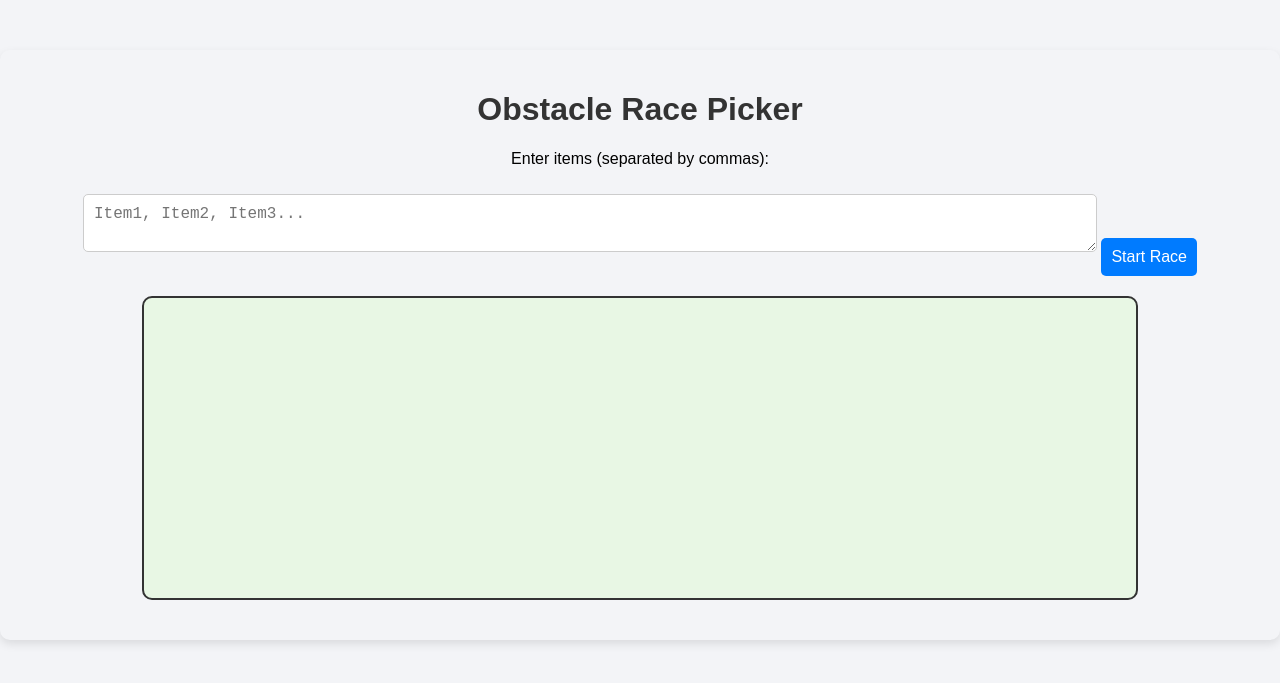
Repository: Anarchyve/race-picker
Page: index.html
An editor plug-in stored every save of this project. The page is shown before and after the next save, followed by the edit.
The browser window is 1280 px wide. The pictures show the whole page.

Above is the page before, as saved 2024-11-17 19:34:38.

### index.html
<!DOCTYPE html>
<html lang="en">
<head>
    <meta charset="UTF-8">
    <meta name="viewport" content="width=device-width, initial-scale=1.0">
    <title>Minimal Obstacle Race</title>
    <link rel="stylesheet" href="styles.css">
</head>
<body>
    <div class="container">
        <h1>Obstacle Race Picker</h1>
        <p>Enter items (separated by commas):</p>
        <textarea id="items" placeholder="Item1, Item2, Item3..."></textarea>
        <button onclick="startRace()">Start Race</button>
        <div id="race-track"></div>
        <div id="result"></div>
    </div>
    <script src="script.js"></script>
</body>
</html>

### styles.css
body {
    font-family: Arial, sans-serif;
    text-align: center;
    margin: 50px auto;
    background: #f3f4f7;
    padding: 20px;
    border-radius: 10px;
    box-shadow: 0 4px 10px rgba(0, 0, 0, 0.1);
}

h1 {
    font-size: 2rem;
    color: #333;
}

textarea {
    width: 80%;
    padding: 10px;
    margin: 10px 0;
    font-size: 16px;
    border-radius: 5px;
    border: 1px solid #ccc;
}

button {
    padding: 10px;
    font-size: 16px;
    background: #007bff;
    color: #fff;
    border: none;
    border-radius: 5px;
    cursor: pointer;
    transition: background 0.3s;
}

button:hover {
    background: #0056b3;
}

#race-track {
    position: relative;
    width: 80%;
    height: 300px;
    margin: 20px auto;
    background: #e8f7e4;
    border: 2px solid #333;
    border-radius: 10px;
    overflow: hidden;
}

.runner {
    position: absolute;
    bottom: 0;
    width: 50px;
    height: 50px;
    border-radius: 50%;
    background-color: orange;
    text-align: center;
    line-height: 50px;
    font-size: 14px;
    color: white;
    font-weight: bold;
}

.obstacle {
    position: absolute;
    width: 30px;
    height: 30px;
    background-color: red;
    border-radius: 50%;
}

### script.js
function startRace() {
    const raceTrack = document.getElementById('race-track');
    const resultDiv = document.getElementById('result');
    const items = document.getElementById('items').value.split(',').map(item => item.trim());

    if (items.length < 2) {
        alert('Please enter at least 2 items!');
        return;
    }

    // Clear previous race track and results
    raceTrack.innerHTML = '';
    resultDiv.textContent = '';

    // Create runners
    const runners = items.map((item, index) => {
        const runner = document.createElement('div');
        runner.className = 'runner';
        runner.textContent = item;
        runner.style.left = '0px';
        runner.style.bottom = `${index * 60}px`;
        raceTrack.appendChild(runner);
        return { element: runner, position: 0, name: item };
    });

    // Start the race
    let raceInterval = setInterval(() => {
        runners.forEach(runner => {
            // Increase speed for faster race
            runner.position += Math.random() * 10; // Speed increased
            runner.element.style.left = `${runner.position}px`;

            // Check if any runner has reached the finish line
            if (runner.position >= raceTrack.clientWidth - 60) {
                clearInterval(raceInterval);
                resultDiv.innerHTML = `<h2>🎉 Winner: ${runner.name} 🎉</h2>`;
            }
        });
    }, 20); // Faster race interval
}

After the next save:
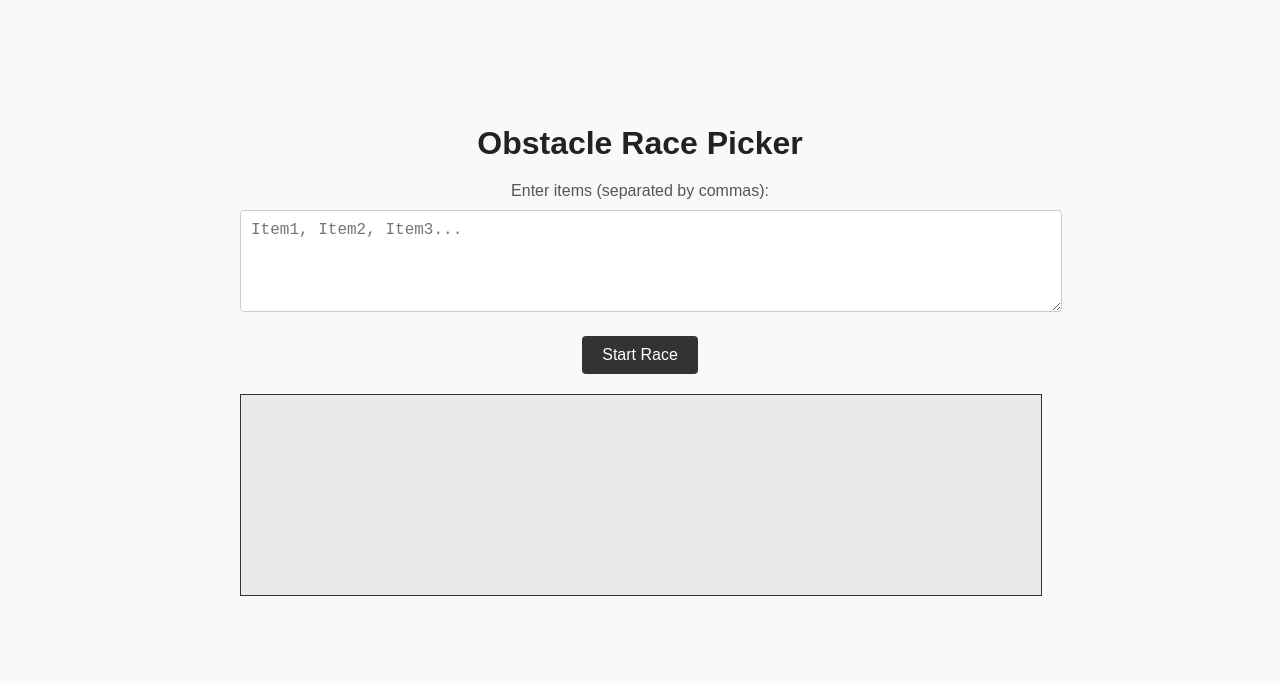
Saved 9 s later.
--- a/styles.css
+++ b/styles.css
@@ -1,71 +1,88 @@
+/* 전체적인 Reset */
 body {
-    font-family: Arial, sans-serif;
+    margin: 0;
+    font-family: 'Arial', sans-serif;
+    color: #333;
+    background-color: #f9f9f9;
+    display: flex;
+    justify-content: center;
+    align-items: center;
+    height: 100vh;
+    overflow: hidden;
+}
+
+.container {
+    width: 80%;
+    max-width: 800px;
     text-align: center;
-    margin: 50px auto;
-    background: #f3f4f7;
-    padding: 20px;
-    border-radius: 10px;
-    box-shadow: 0 4px 10px rgba(0, 0, 0, 0.1);
 }
 
 h1 {
     font-size: 2rem;
+    margin-bottom: 20px;
+    color: #222;
+}
+
+p {
+    font-size: 1rem;
+    margin-bottom: 10px;
+    color: #555;
+}
+
+textarea {
+    width: 100%;
+    height: 80px;
+    margin-bottom: 20px;
+    padding: 10px;
+    font-size: 16px;
+    border: 1px solid #ccc;
+    border-radius: 4px;
+    background-color: #fff;
     color: #333;
 }
 
-textarea {
-    width: 80%;
-    padding: 10px;
-    margin: 10px 0;
+button {
+    padding: 10px 20px;
     font-size: 16px;
-    border-radius: 5px;
-    border: 1px solid #ccc;
-}
-
-button {
-    padding: 10px;
-    font-size: 16px;
-    background: #007bff;
+    border: none;
+    border-radius: 4px;
+    background-color: #333;
     color: #fff;
-    border: none;
-    border-radius: 5px;
     cursor: pointer;
-    transition: background 0.3s;
+    transition: background 0.3s ease;
 }
 
 button:hover {
-    background: #0056b3;
+    background-color: #555;
 }
 
 #race-track {
     position: relative;
-    width: 80%;
-    height: 300px;
-    margin: 20px auto;
-    background: #e8f7e4;
-    border: 2px solid #333;
-    border-radius: 10px;
+    width: 100%;
+    height: 200px;
+    margin: 20px 0;
+    border: 1px solid #333;
+    background-color: #eaeaea;
     overflow: hidden;
 }
 
 .runner {
     position: absolute;
     bottom: 0;
-    width: 50px;
-    height: 50px;
-    border-radius: 50%;
-    background-color: orange;
-    text-align: center;
-    line-height: 50px;
-    font-size: 14px;
-    color: white;
+    width: 40px;
+    height: 40px;
+    border-radius: 20px;
+    background-color: #333;
+    color: #fff;
+    display: flex;
+    justify-content: center;
+    align-items: center;
+    font-size: 12px;
     font-weight: bold;
 }
 
-.obstacle {
-    position: absolute;
-    width: 30px;
-    height: 30px;
-    background-color: red;
-    border-radius: 50%;
+#result {
+    font-size: 1.2rem;
+    margin-top: 20px;
+    color: #444;
 }
